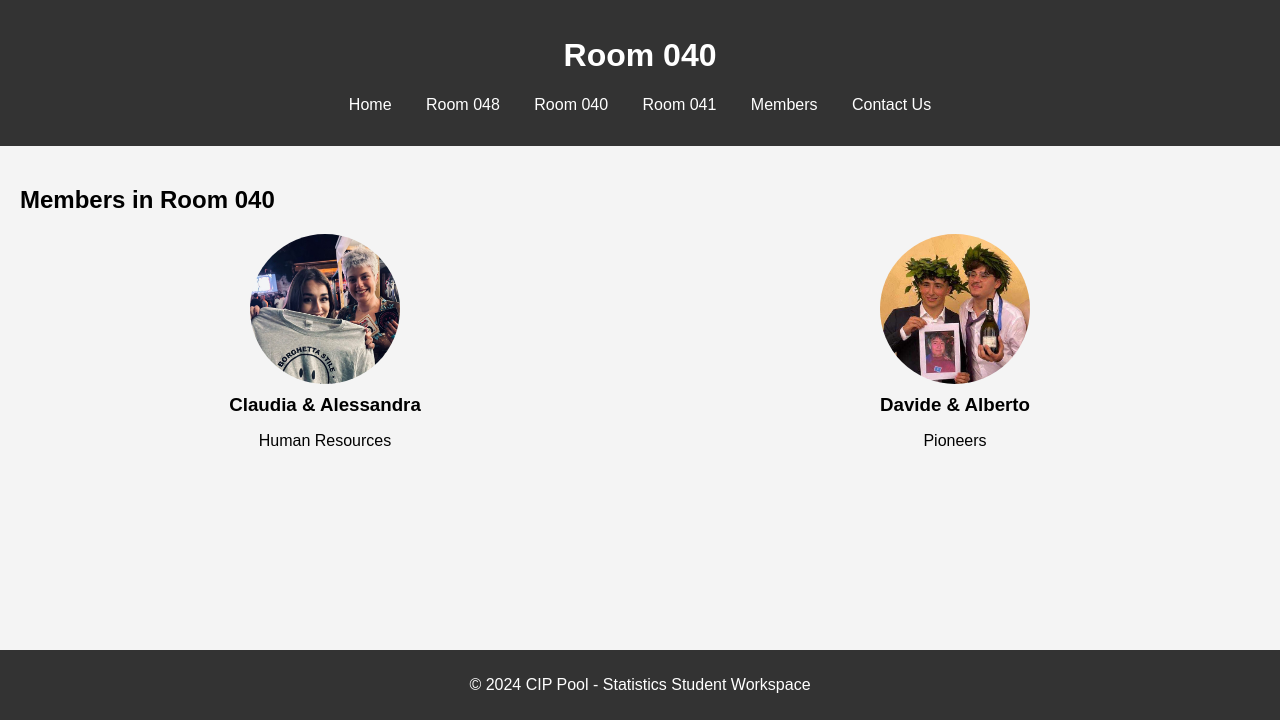
Repository: anjalisarawgi/cip_website
Page: room_041.html
The author's editor kept a copy of each file at every save. The page is drawn from the files as they stood at one save, then again after the next save.
The browser window is 1280 px wide. The pictures show the whole page.

Above is the page before, as saved 2024-06-14 12:26:43.

### room_041.html
<!DOCTYPE html>
<html lang="en">
<head>
    <meta charset="UTF-8">
    <meta name="viewport" content="width=device-width, initial-scale=1.0">
    <title>Room 040 - CIP Pool</title>
    <link rel="stylesheet" href="styles.css">
</head>
<body>
    <header>
        <h1>Room 040</h1>
        <nav>
            <ul>
                <li><a href="index.html">Home</a></li>
                <li><a href="room_048.html">Room 048</a></li>
                <li><a href="room_040.html">Room 040</a></li>
                <li><a href="room_041.html">Room 041</a></li>
                <li><a href="members.html">Members</a></li>
                <li><a href="contact.html">Contact Us</a></li>
            </ul>
        </nav>
    </header>
    <main>
        <section>
            <h2>Members in Room 040</h2>
            <div class="members-grid">
                <div class="member">
                    <img src="images/claudia_alessandra.jpeg" alt="Claudia & Alessandra" class="member-photo">
                    <div class="member-info">
                        <h3>Claudia & Alessandra</h3>
                        <p>Human Resources</p>
                    </div>
                </div>
                <div class="member">
                    <img src="images/davide_alberto.jpeg" alt="Davide & Alberto" class="member-photo">
                    <div class="member-info">
                        <h3>Davide & Alberto</h3>
                        <p>Pioneers</p>
                    </div>
                </div>
            </div>
        </section>
    </main>
    <footer>
        <p>&copy; 2024 CIP Pool - Statistics Student Workspace</p>
    </footer>
</body>
</html>

### styles.css
body {
    font-family: Arial, sans-serif;
    margin: 0;
    padding: 0;
    background-color: #f4f4f4;
}

header {
    background-color: #333;
    color: white;
    padding: 1em 0;
    text-align: center;
}

nav ul {
    list-style-type: none;
    padding: 0;
}

nav ul li {
    display: inline;
    margin: 0 15px;
}

nav ul li a {
    color: white;
    text-decoration: none;
}

main {
    padding: 20px;
}

footer {
    background-color: #333;
    color: white;
    text-align: center;
    padding: 10px 0;
    position: fixed;
    bottom: 0;
    width: 100%;
}

section {
    margin-bottom: 20px;
}

.member {
    display: flex;
    align-items: center;
    margin-bottom: 20px;
}

.member-photo {
    border-radius: 50%;
    width: 150px;
    height: 150px;
    object-fit: cover;
    margin-bottom: 10px;
}


.member-info {
    display: flex;
    flex-direction: column;
}

.member-info h3 {
    margin: 0;
}

.members-grid {
    display: grid;
    grid-template-columns: repeat(auto-fit, minmax(200px, 1fr));
    gap: 20px;
}

.members-grid .member {
    flex-direction: column;
    align-items: center;
    text-align: center;
}

.members-grid .member-photo {
    width: 150px;
    height: 150px;
    margin-bottom: 10px;
}

.members-grid .member-info {
    align-items: center;
}

After the next save:
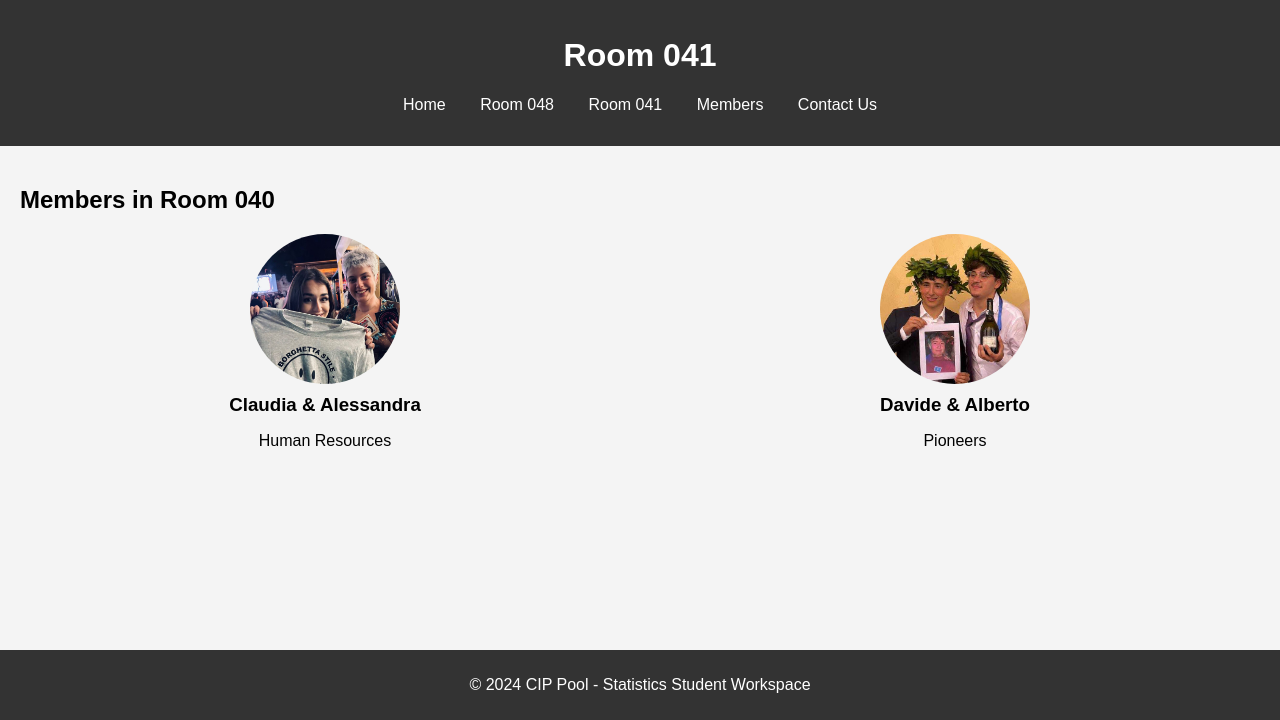
Saved 1 s later.
--- a/room_041.html
+++ b/room_041.html
@@ -8,12 +8,11 @@
 </head>
 <body>
     <header>
-        <h1>Room 040</h1>
+        <h1>Room 041</h1>
         <nav>
             <ul>
                 <li><a href="index.html">Home</a></li>
                 <li><a href="room_048.html">Room 048</a></li>
-                <li><a href="room_040.html">Room 040</a></li>
                 <li><a href="room_041.html">Room 041</a></li>
                 <li><a href="members.html">Members</a></li>
                 <li><a href="contact.html">Contact Us</a></li>
